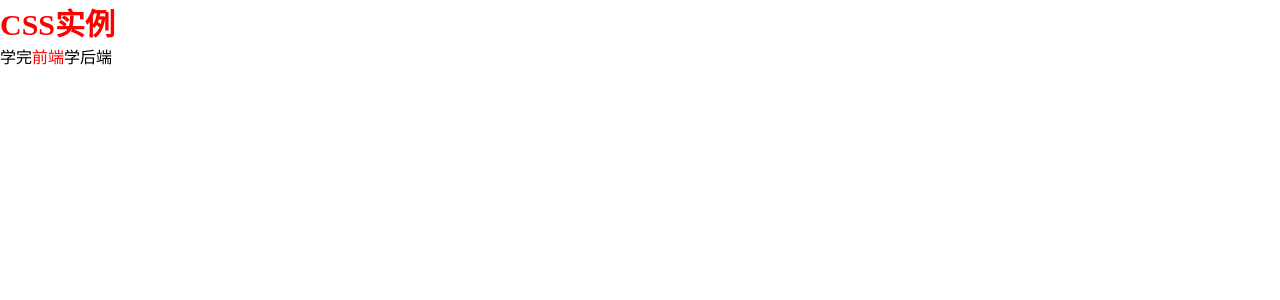
Repository: yuanliumaker/html-css-js
Page: css/example.html
The author's editor kept a copy of each file at every save. The page is drawn from the files as they stood at one save, then again after the next save.
The browser window is 1280 px wide. The pictures show the whole page.

Above is the page before, as saved 2025-08-29 17:16:52.

### css/example.html
<!DOCTYPE html>
<html lang="en">
<head>
    <meta charset="UTF-8">
    <meta name="viewport" content="width=device-width, initial-scale=1.0">
    <title>Document</title>
    <!-- 外部样式表 放在head处，link 相当于下面的内部样式                                                        style,相当于latex template-->
    <link rel="stylesheet" href="./public.css">
    <!-- <style>
        h3{
            color:red;
            font-size:30px;
        }
    </style> -->
    <style>
        span{
            color:red;
        }
    </style>
</head>
<body>
    <h3>CSS实例</h3>
    <p>学完<span>前端</span>学后端</p>
</body>
</html>

### css/public.css
/* 使用css的唯一目的就是为了让网页更美观 */
/* css规则由两个主要的部分构成：选择器，以及一条或多条声明（样式） */
h3{
    color: red; /* 颜色 */
    font-size: 30px; /* 字体大小 */
    /* text-align: center; 文本对齐方式 */
}
/* 全局选择器
可以与任何元素匹配，优先级最低，一般做样式初始化 */
*{
    margin:0;
    padding:0;
}
/* 类选择器 规定用圆点来定义，针对你想要的所有标签来使用
优点：灵活 */

After the next save:
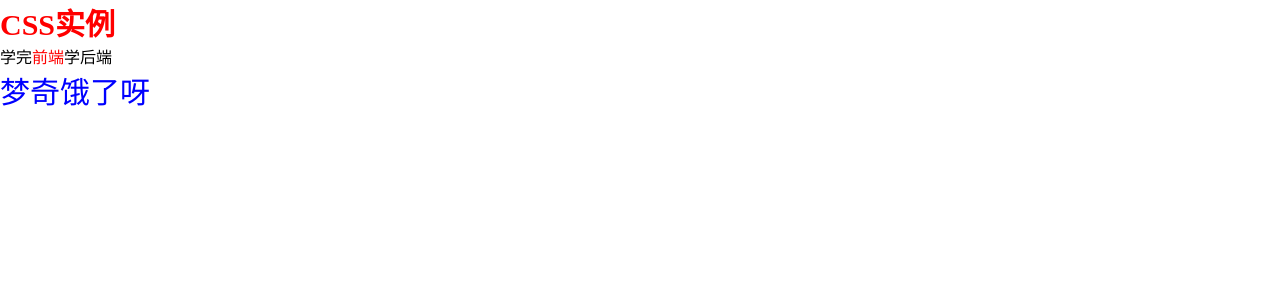
Saved 5 min 11 s later.
--- a/css/example.html
+++ b/css/example.html
@@ -17,9 +17,17 @@
             color:red;
         }
     </style>
+    <!-- 类选择器 class -->
+    <style>
+     .qq{
+        color:blue;
+        font-size:30px;
+     }
+     </style>
 </head>
 <body>
     <h3>CSS实例</h3>
     <p>学完<span>前端</span>学后端</p>
+    <p class="qq">梦奇饿了呀 </p>
 </body>
 </html>
